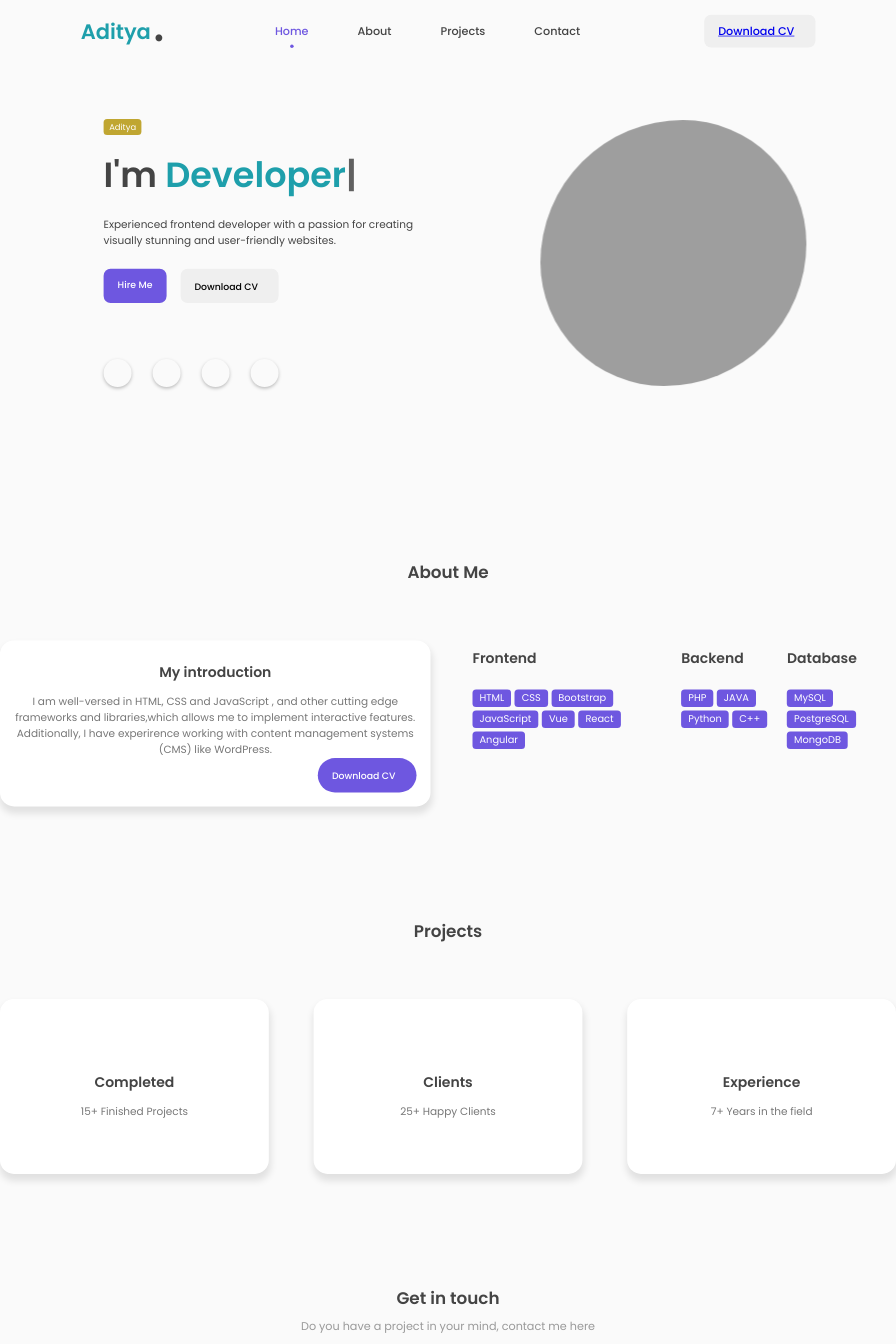
Repository: 4Kbrain/Portofolio
Page: index.html
These files come from the project's save history. The page is drawn as it stood at one moment and after the next save; the edit follows.
The browser window is 1280 px wide. The pictures show the part of the page from y = 0 to 1920 px (the page is 2767 px tall), at 70% of full size.
Pictures or frames that could not be fetched are drawn as grey boxes. Some icons come from a web library that is not loaded, so they are not drawn.

Above is the page before, as saved 2024-05-15 09:03:31.

After the next save:
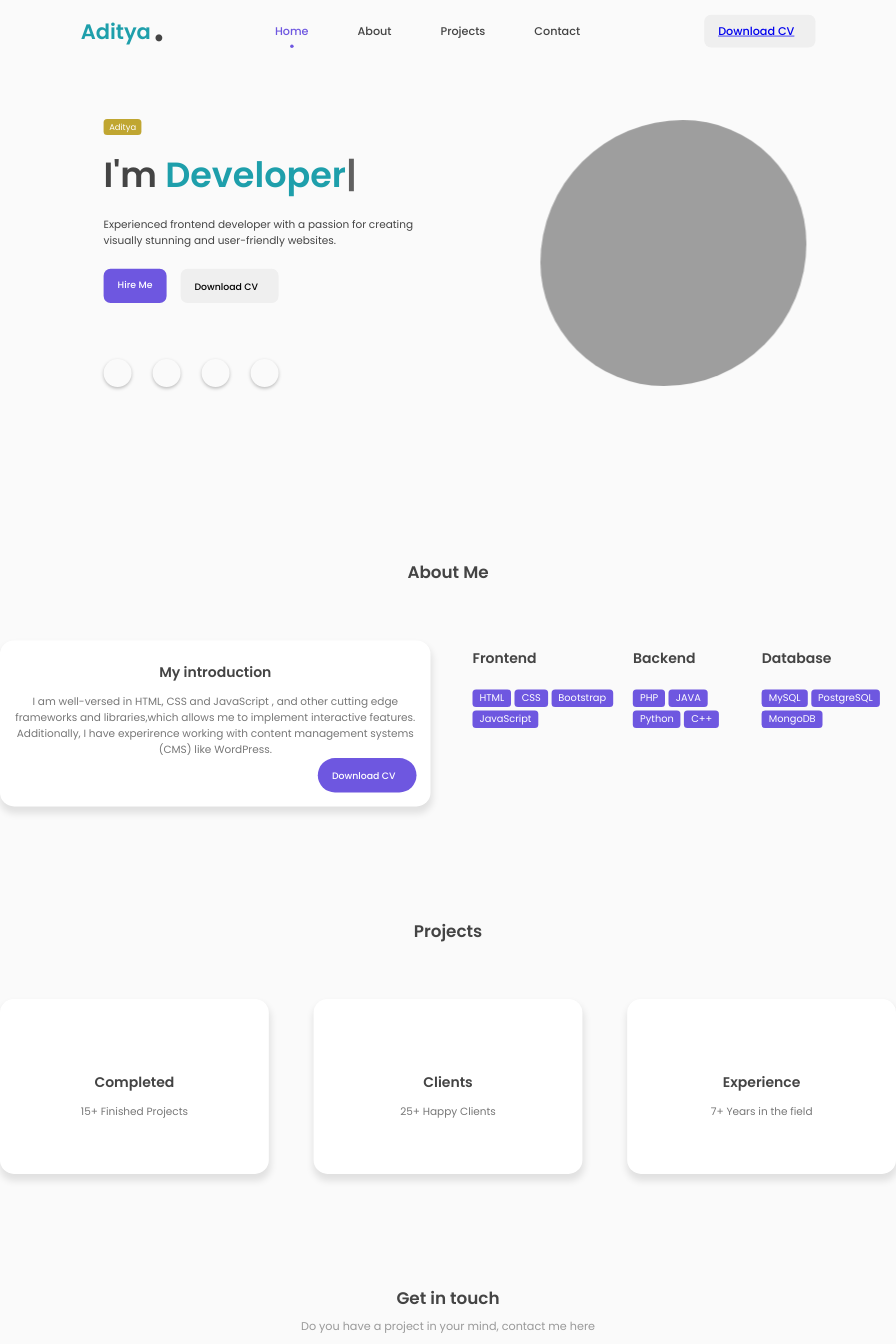
Saved 8 s later.
--- a/index.html
+++ b/index.html
@@ -116,9 +116,6 @@
                         <span>CSS</span>
                         <span>Bootstrap</span>
                         <span>JavaScript</span>
-                        <span>Vue</span>
-                        <span>React</span>
-                        <span>Angular</span>
                     </div>
                 </div>
                 <div class="skills-box">
